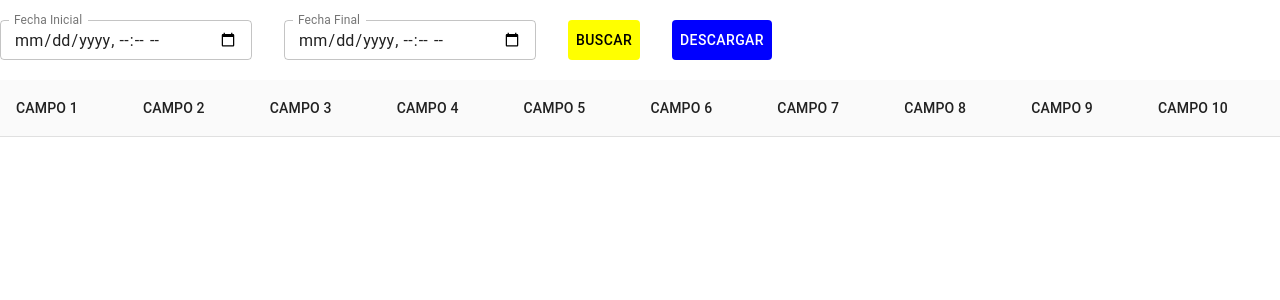
Repository: rafaelpc13/FRONT_RFNEW
Page: /
An editor plug-in stored every save of this project. The page is shown before and after the next save, followed by the edit.
The browser window is 1280 px wide. The pictures show the whole page.
The project was rebuilt for these pictures with package versions that can differ from the ones it lists, and the page was loaded fresh each time.

Above is the page before, as saved 2022-10-29 13:25:33.

After the next save:
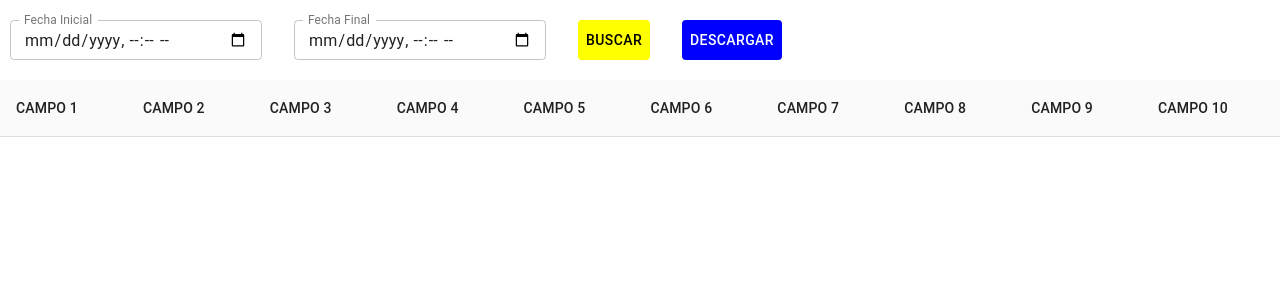
Saved 5 min 49 s later.
--- a/src/App.js
+++ b/src/App.js
@@ -5,7 +5,7 @@ import { Input, TextField, Button} from '@material-ui/core'
 function App() {
   return (
     <div className="App" style={{ }}>
-      <div style={{ display: 'flex', marginTop: '20px',gap:'2rem', marginBottom:'20px' }}>
+      <div style={{ display: 'flex', marginTop: '20px',gap:'2rem', marginBottom:'20px',marginLeft:'10px' }}>
         <TextField
           type="datetime-local"
           label="Fecha Inicial"
